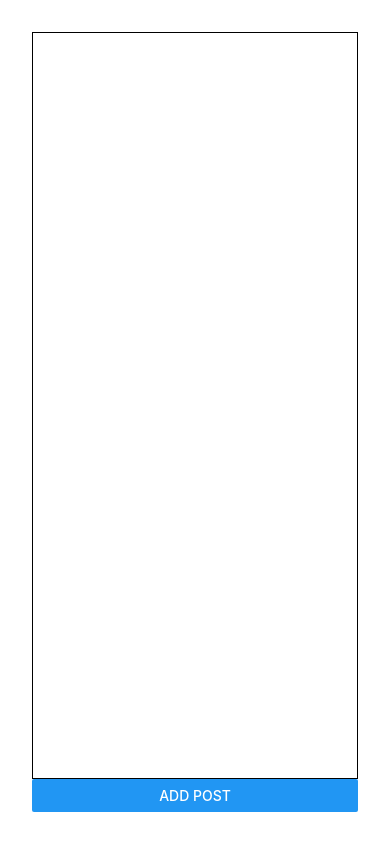
Repository: ntu34543/React-Native
Screen: / (app in demo/)
These files come from the project's save history. The screen is drawn as it stood at one moment and after the next save; the edit follows.
The page's requests for data from a server got no answer. The app was drawn by React Native's web renderer in a window 390 px wide. The project was rebuilt for these pictures with package versions that can differ from the ones it lists, and the page was loaded fresh each time. No one was signed in, and anything a server would have sent is missing.

Above is the screen before, as saved 2022-09-13 11:40:02.

After the next save:
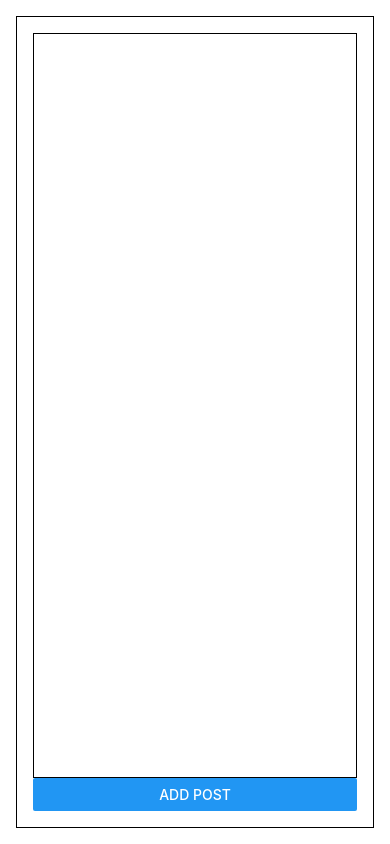
Saved 16 s later.
--- a/demo/App.js
+++ b/demo/App.js
@@ -85,6 +85,8 @@ const styles = StyleSheet.create({
     justifyContent: "center",
     padding: 16,
     margin: 16,
+    borderWidth: 1,
+    borderColor: "black",
   },
   showItem: {
     borderWidth: 1,
